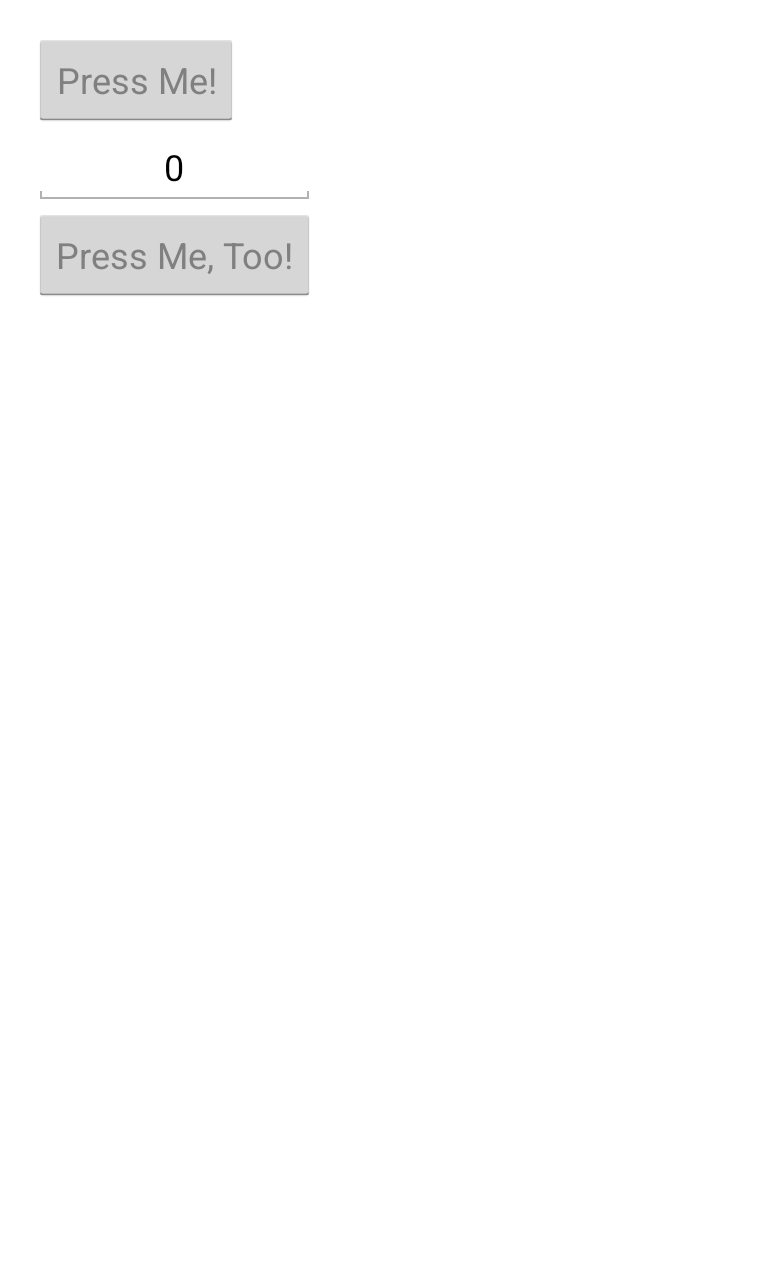
Repository: radupoenaru1992/Model
Layout: PracticalTest01/res/layout/activity_practical_test01_main.xml
The author's editor kept a copy of each file at every save. The layout is drawn from the files as they stood at one save, then again after the next save.
It is drawn on a 768 x 1280 px phone screen (xhdpi) without system bars, with theme AppTheme; the app's code is not run.

Above is the layout before, as saved 2015-03-29 17:17:10.

After the next save:
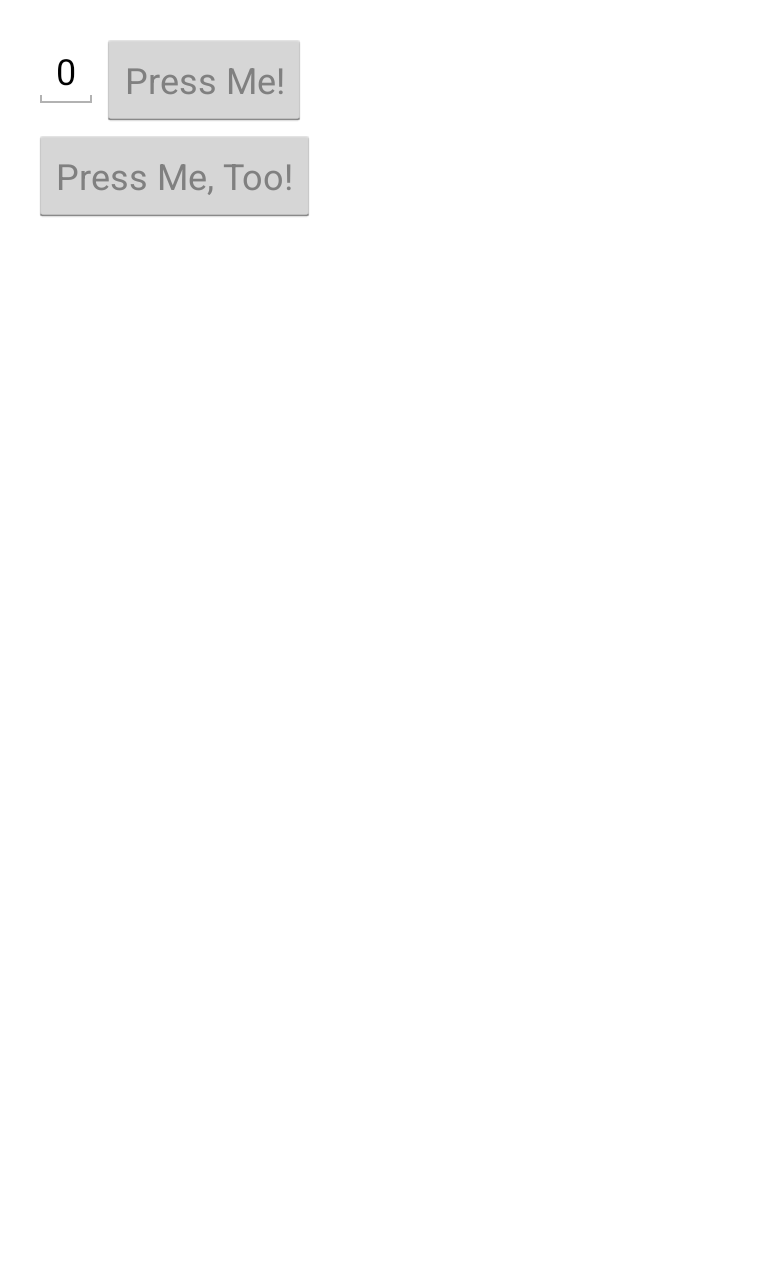
Saved 10 s later.
--- a/PracticalTest01/res/layout/activity_practical_test01_main.xml
+++ b/PracticalTest01/res/layout/activity_practical_test01_main.xml
@@ -23,6 +23,14 @@
            android:gravity="center"
            />
 
+        <EditText
+           android:layout_width="match_parent"
+           android:layout_height="wrap_content"
+           android:id="@+id/etDr"
+           android:text="0"
+           android:gravity="center"
+           />
+
         <Button
             android:layout_width="wrap_content"
             android:layout_height="wrap_content"
@@ -41,13 +49,7 @@
 
         >
 
-        <EditText
-           android:layout_width="match_parent"
-           android:layout_height="wrap_content"
-           android:id="@+id/etDr"
-           android:text="0"
-           android:gravity="center"
-           />
+
 
         <Button
             android:layout_width="wrap_content"
